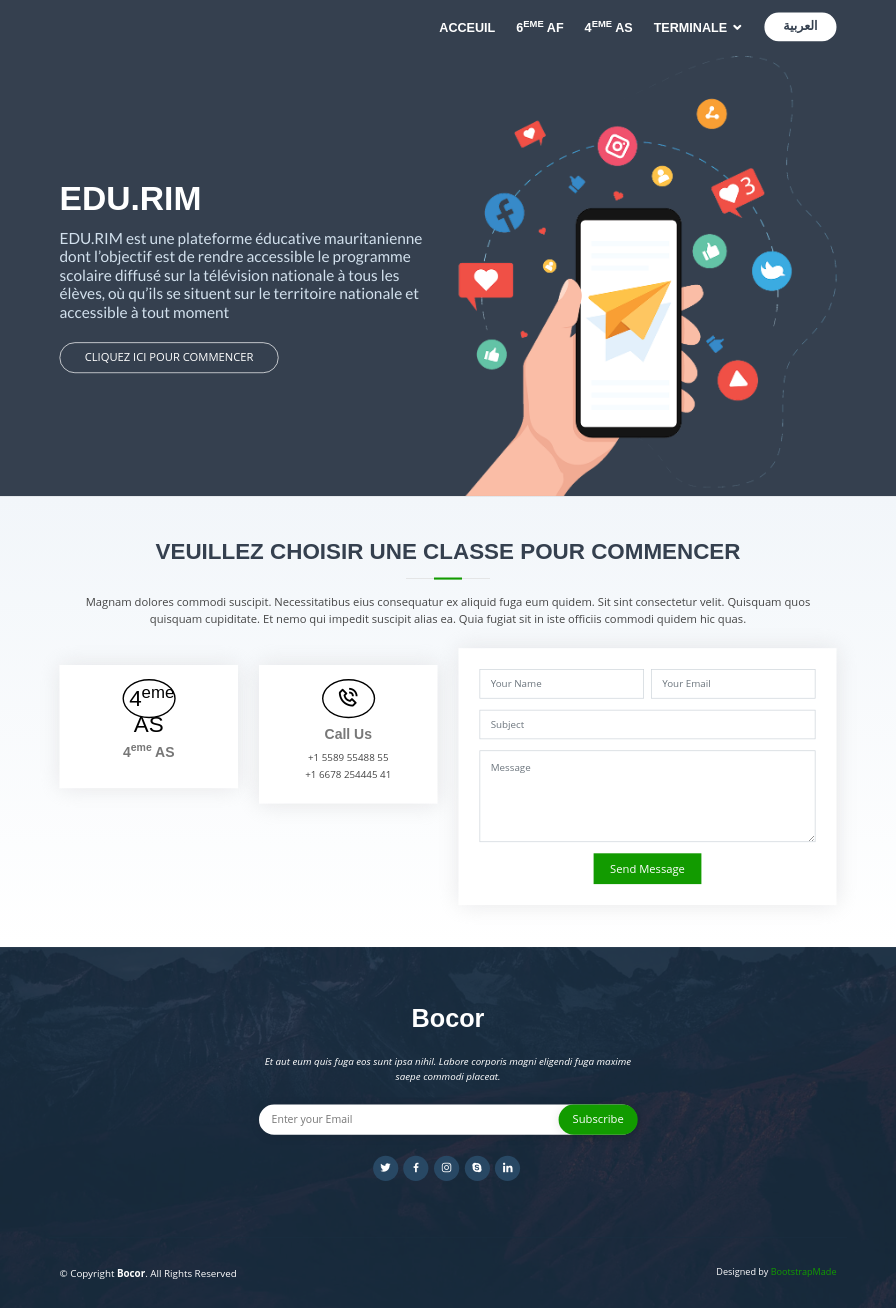
Repository: athiemohamed/courat
Page: http://localhost/
The author's editor kept a copy of each file at every save. The page is drawn from the files as they stood at one save, then again after the next save.
The browser window is 1280 px wide. The pictures show the whole page, at 70% of full size.
Some web fonts or font styles are not loaded; a fallback is used. The page is run by PHP 8.4 with error messages shown; the project is at /var/www/html/. Other server files are loaded and not shown.

Above is the page before, as saved 2020-03-26 13:01:53.

### index.php
<!DOCTYPE html>
<html lang="en">

<head>
  <meta charset="utf-8">
  <meta content="width=device-width, initial-scale=1.0" name="viewport">

  <title>Cours - Rim Academy</title>
  <meta content="" name="descriptison">
  <meta content="" name="keywords">

  <!-- Favicons -->
  <link href="assets/img/favicon.png" rel="icon">
  <link href="assets/img/apple-touch-icon.png" rel="apple-touch-icon">

  <!-- Google Fonts -->
  <link href="https://fonts.googleapis.com/css?family=Cairo&display=swap" rel="stylesheet">
  <link href="https://fonts.googleapis.com/css?family=Lato&display=swap" rel="stylesheet">

  <!-- Vendor CSS Files -->
  <link href="assets/vendor/bootstrap/css/bootstrap.min.css" rel="stylesheet">
  <link href="assets/vendor/icofont/icofont.min.css" rel="stylesheet">
  <link href="assets/vendor/boxicons/css/boxicons.min.css" rel="stylesheet">
  <link href="assets/vendor/venobox/venobox.css" rel="stylesheet">
  <link href="assets/vendor/aos/aos.css" rel="stylesheet">

  <!-- Template Main CSS File -->
  <link href="assets/css/style.css" rel="stylesheet">

  <!-- =======================================================
  * Template Name: Bocor - v2.0.0
  * Template URL: https://bootstrapmade.com/bocor-bootstrap-template-nice-animation/
  * Author: BootstrapMade.com
  * License: https://bootstrapmade.com/license/
  ======================================================== -->
</head>

<body>

  <!-- ======= Header ======= -->
  <header id="header">
    <div class="container d-flex">
      <div class="logo mr-auto">
        <!-- <h1 class="text-light"><a href="index.html">RIM<span>.EDU</span></a></h1> -->
        <!-- Uncomment below if you prefer to use an image logo -->
        <!-- <a href="index.html"><img src="assets/img/logo.png" alt="" class="img-fluid"></a>-->
      </div>
      <nav class="nav-menu d-none d-lg-block">
        <ul>
          <li class="active"><a href="#header">ACCEUIL</a></li>
          <li><a href="#">6<sup>EME</sup> AF</a></li>
          <li><a href="#">4<sup>EME</sup> AS</a></li>
          <li class="drop-down"><a href="">TERMINALE</a>
            <ul>
              <li><a href="#">TERMINALE A</a></li>
              <li><a href="#">TERMINALE C</a></li>
              <li><a href="#">TERMINALE D</a></li>
              <li><a href="#">TERMINALE LM</a></li>
              <li><a href="#">TERMINALE LO</a></li>
            </ul>
          </li>
          <!-- Language Changer -->
          <li class="get-started"><a href="#">العربية</a></li>
        </ul>
      </nav><!-- .nav-menu -->
    </div>
  </header><!-- End Header -->

  <!-- ======= Hero Section ======= -->
  <section id="hero">

    <div class="container">
      <div class="row d-flex align-items-center"">
      <div class=" col-lg-6 py-5 py-lg-0 order-2 order-lg-1" data-aos="fade-right">
        <h1>EDU.RIM</h1>
        <h2>EDU.RIM est une plateforme éducative mauritanienne dont l’objectif est de
          rendre accessible le programme scolaire diffusé sur la télévision nationale à tous les élèves,
          où qu’ils se situent sur le territoire nationale et accessible à tout moment</h2>
        <a href="#contact" class="btn-get-started scrollto">CLIQUEZ ICI POUR COMMENCER</a>
      </div>
      <div class="col-lg-6 order-1 order-lg-2 hero-img" data-aos="fade-left">
        <img src="assets/img/hero-img.png" class="img-fluid" alt="">
      </div>
    </div>
    </div>

  </section><!-- End Hero -->

  <main id="main">

    <!-- ======= Partners Section ======= -->

    <!-- <section id="clients" class="clients section-bg">
      <div class="container">

        <div class="row no-gutters clients-wrap clearfix wow fadeInUp">

          <div class="col-lg-2 col-md-4 col-6">
            <div class="client-logo">
              <img src="assets/img/clients/client-1.png" class="img-fluid" alt="" data-aos="flip-right">
            </div>
          </div>

          <div class="col-lg-2 col-md-4 col-6">
            <div class="client-logo">
              <img src="assets/img/clients/client-2.png" class="img-fluid" alt="" data-aos="flip-right" data-aos-delay="100">
            </div>
          </div>

          <div class="col-lg-2 col-md-4 col-6">
            <div class="client-logo">
              <img src="assets/img/clients/client-3.png" class="img-fluid" alt="" data-aos="flip-right" data-aos-delay="200">
            </div>
          </div>

          <div class="col-lg-2 col-md-4 col-6">
            <div class="client-logo">
              <img src="assets/img/clients/client-4.png" class="img-fluid" alt="" data-aos="flip-right" data-aos-delay="300">
            </div>
          </div>

          <div class="col-lg-2 col-md-4 col-6">
            <div class="client-logo">
              <img src="assets/img/clients/client-5.png" class="img-fluid" alt="" data-aos="flip-right" data-aos-delay="400">
            </div>
          </div>

          <div class="col-lg-2 col-md-4 col-6">
            <div class="client-logo">
              <img src="assets/img/clients/client-6.png" class="img-fluid" alt="" data-aos="flip-right" data-aos-delay="500">
            </div>
          </div>

        </div>

      </div>
    </section> -->

    <!-- End Parteners Section -->

    <!-- ======= Contact Section ======= -->
    <section id="contact" class="contact section-bg">
      <div class="container">

        <div class="section-title">
          <h2 data-aos="fade-in">VEUILLEZ CHOISIR UNE CLASSE POUR COMMENCER</h2>
          <p data-aos="fade-in">Magnam dolores commodi suscipit. Necessitatibus eius consequatur ex aliquid fuga eum quidem. Sit sint consectetur velit. Quisquam quos quisquam cupiditate. Et nemo qui impedit suscipit alias ea. Quia fugiat sit in iste officiis commodi quidem hic quas.</p>
        </div>

        <div class="row">
          <div class="col-lg-6">
            <div class="row">
              <div class="col-md-6">
                <div class="info-box mt-4" data-aos="fade-up" data-aos-delay="100">
                  <i class="rounded-number">4<sup>eme</sup> AS</i>
                  <h3>4<sup>eme</sup> AS</h3>
                </div>
              </div>
              <div class="col-md-6">
                <div class="info-box mt-4" data-aos="fade-up" data-aos-delay="100">
                  <i class="bx bx-phone-call"></i>
                  <h3>Call Us</h3>
                  <p>+1 5589 55488 55<br>+1 6678 254445 41</p>
                </div>
              </div>
            </div>

          </div>

          <div class="col-lg-6">
            <form action="forms/contact.php" method="post" role="form" class="php-email-form" data-aos="fade-up">
              <div class="form-row">
                <div class="col-md-6 form-group">
                  <input type="text" name="name" class="form-control" id="name" placeholder="Your Name" data-rule="minlen:4" data-msg="Please enter at least 4 chars" />
                  <div class="validate"></div>
                </div>
                <div class="col-md-6 form-group">
                  <input type="email" class="form-control" name="email" id="email" placeholder="Your Email" data-rule="email" data-msg="Please enter a valid email" />
                  <div class="validate"></div>
                </div>
              </div>
              <div class="form-group">
                <input type="text" class="form-control" name="subject" id="subject" placeholder="Subject" data-rule="minlen:4" data-msg="Please enter at least 8 chars of subject" />
                <div class="validate"></div>
              </div>
              <div class="form-group">
                <textarea class="form-control" name="message" rows="5" data-rule="required" data-msg="Please write something for us" placeholder="Message"></textarea>
                <div class="validate"></div>
              </div>
              <div class="mb-3">
                <div class="loading">Loading</div>
                <div class="error-message"></div>
                <div class="sent-message">Your message has been sent. Thank you!</div>
              </div>
              <div class="text-center"><button type="submit">Send Message</button></div>
            </form>
          </div>

        </div>

      </div>
    </section><!-- End Contact Section -->

  </main><!-- End #main -->

  <!-- ======= Footer ======= -->
  <footer id="footer">

    <div class="footer-top">

      <div class="container" data-aos="fade-up">

        <div class="row  justify-content-center">
          <div class="col-lg-6">
            <h3>Bocor</h3>
            <p>Et aut eum quis fuga eos sunt ipsa nihil. Labore corporis magni eligendi fuga maxime saepe commodi placeat.</p>
          </div>
        </div>

        <div class="row footer-newsletter justify-content-center">
          <div class="col-lg-6">
            <form action="" method="post">
              <input type="email" name="email" placeholder="Enter your Email"><input type="submit" value="Subscribe">
            </form>
          </div>
        </div>

        <div class="social-links">
          <a href="#" class="twitter"><i class="bx bxl-twitter"></i></a>
          <a href="#" class="facebook"><i class="bx bxl-facebook"></i></a>
          <a href="#" class="instagram"><i class="bx bxl-instagram"></i></a>
          <a href="#" class="google-plus"><i class="bx bxl-skype"></i></a>
          <a href="#" class="linkedin"><i class="bx bxl-linkedin"></i></a>
        </div>

      </div>
    </div>

    <div class="container footer-bottom clearfix">
      <div class="copyright">
        &copy; Copyright <strong><span>Bocor</span></strong>. All Rights Reserved
      </div>
      <div class="credits">
        <!-- All the links in the footer should remain intact. -->
        <!-- You can delete the links only if you purchased the pro version. -->
        <!-- Licensing information: https://bootstrapmade.com/license/ -->
        <!-- Purchase the pro version with working PHP/AJAX contact form: https://bootstrapmade.com/bocor-bootstrap-template-nice-animation/ -->
        Designed by <a href="https://bootstrapmade.com/">BootstrapMade</a>
      </div>
    </div>
  </footer><!-- End Footer -->

  <a href="#" class="back-to-top"><i class="icofont-simple-up"></i></a>

  <!-- Vendor JS Files -->
  <script src="assets/vendor/jquery/jquery.min.js"></script>
  <script src="assets/vendor/bootstrap/js/bootstrap.bundle.min.js"></script>
  <script src="assets/vendor/jquery.easing/jquery.easing.min.js"></script>
  <script src="assets/vendor/php-email-form/validate.js"></script>
  <script src="assets/vendor/isotope-layout/isotope.pkgd.min.js"></script>
  <script src="assets/vendor/venobox/venobox.min.js"></script>
  <script src="assets/vendor/aos/aos.js"></script>

  <!-- Template Main JS File -->
  <script src="assets/js/main.js"></script>

</body>

</html>

Loaded but not shown: assets/js/main.js (117 lines, source omitted); assets/css/style.css (1308 lines, source omitted)

After the next save:
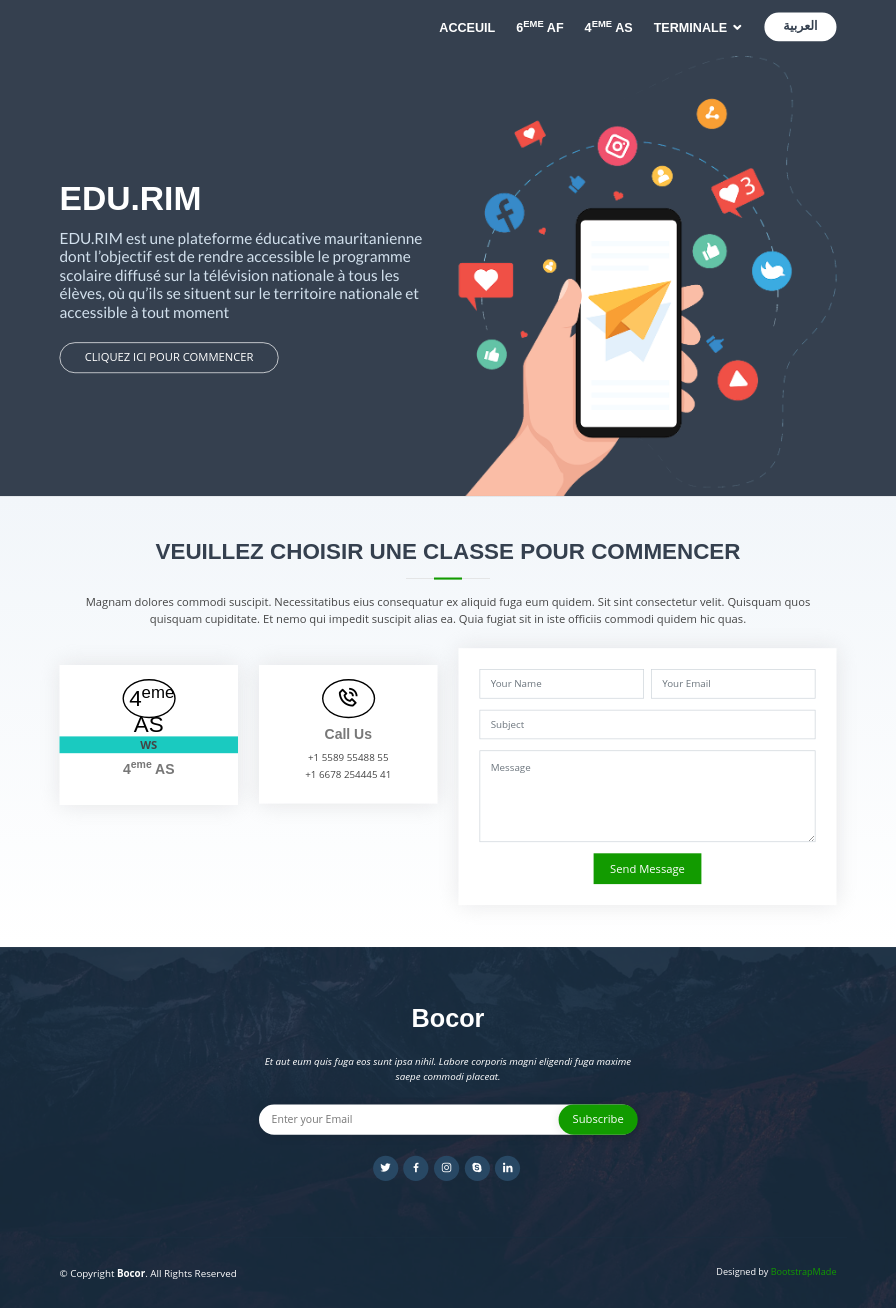
Saved 67 s later.
--- a/index.php
+++ b/index.php
@@ -153,6 +153,9 @@
               <div class="col-md-6">
                 <div class="info-box mt-4" data-aos="fade-up" data-aos-delay="100">
                   <i class="rounded-number">4<sup>eme</sup> AS</i>
+                  <div class="circle-badge" style="background:#1ACAC0">
+            <strong>WS</strong>
+          </div>
                   <h3>4<sup>eme</sup> AS</h3>
                 </div>
               </div>
